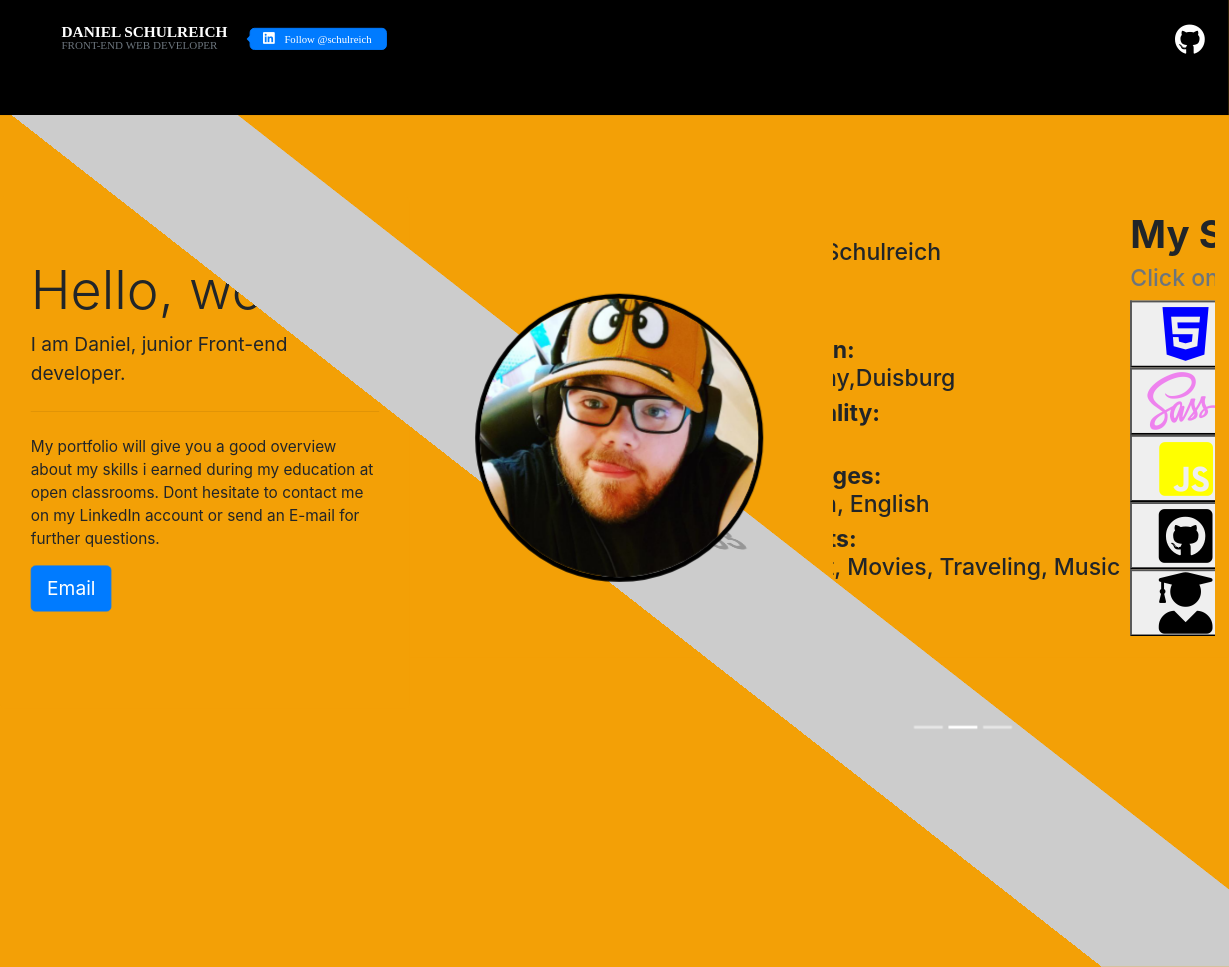
Repository: schulreich/my_portfolio
Page: index.html
An editor plug-in stored every save of this project. The page is shown before and after the next save, followed by the edit.
The browser window is 1280 px wide. The pictures show the whole page, at 96% of full size.
Some web fonts or font styles are not loaded; a fallback is used. Some web libraries are served in a nearby version.

Above is the page before, as saved 2020-06-21 00:52:01.

After the next save:
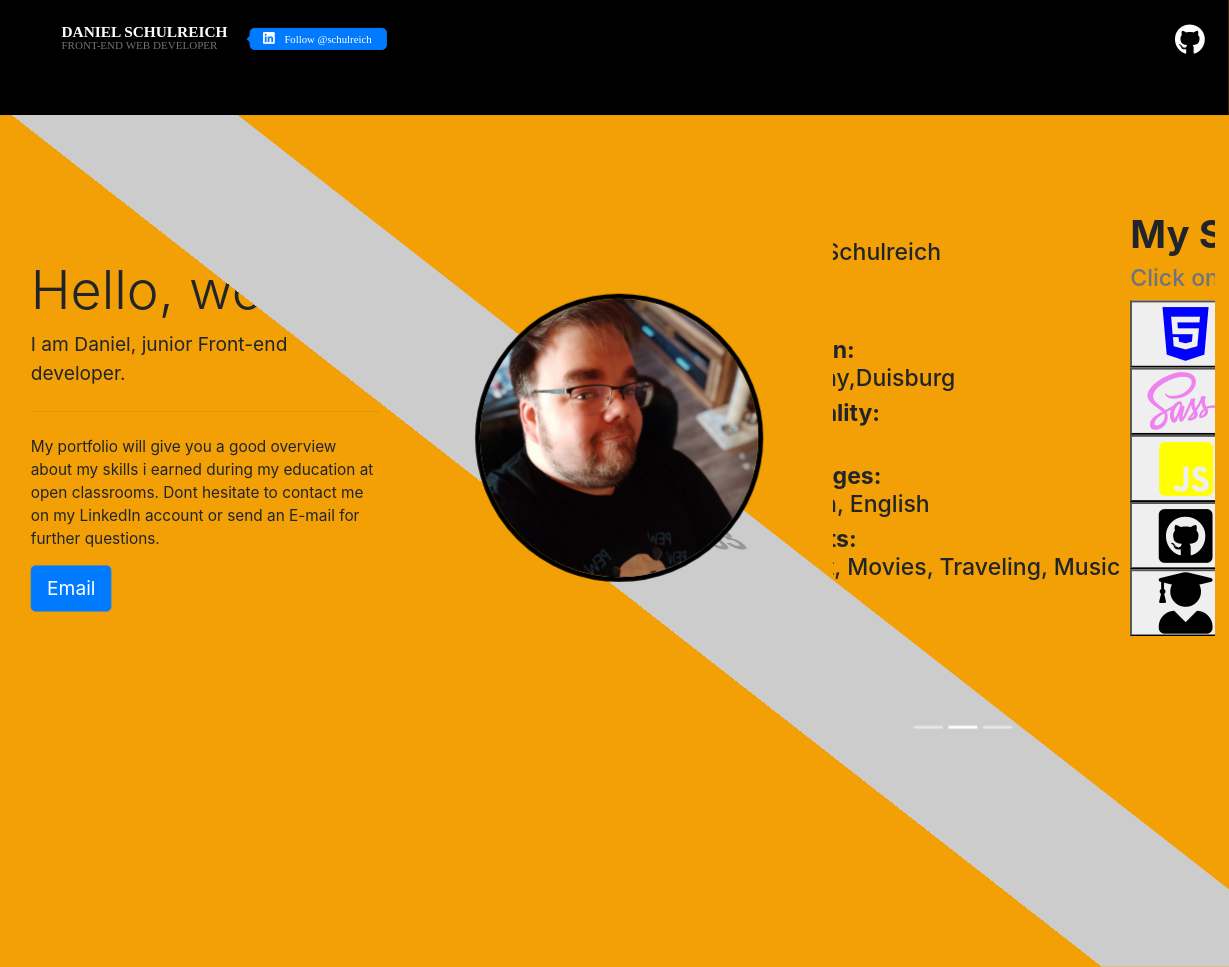
Saved 52 min 15 s later.
--- a/index.html
+++ b/index.html
@@ -130,7 +130,7 @@
 
           <div class="col-lg-4 d-none d-lg-block move">
               <img class="skew" src="https://dummyimage.com/200x753/000/000" alt="">
-              <img class="rounded-circle " src="images/test.jpeg" alt="">
+              <img class="rounded-circle " src="images/profile_img.jfif" alt="">
           </div>
 
 <aside id="carouselExampleIndicators" class="col-lg-4 personal-information carousel slide" data-ride="carousel">
